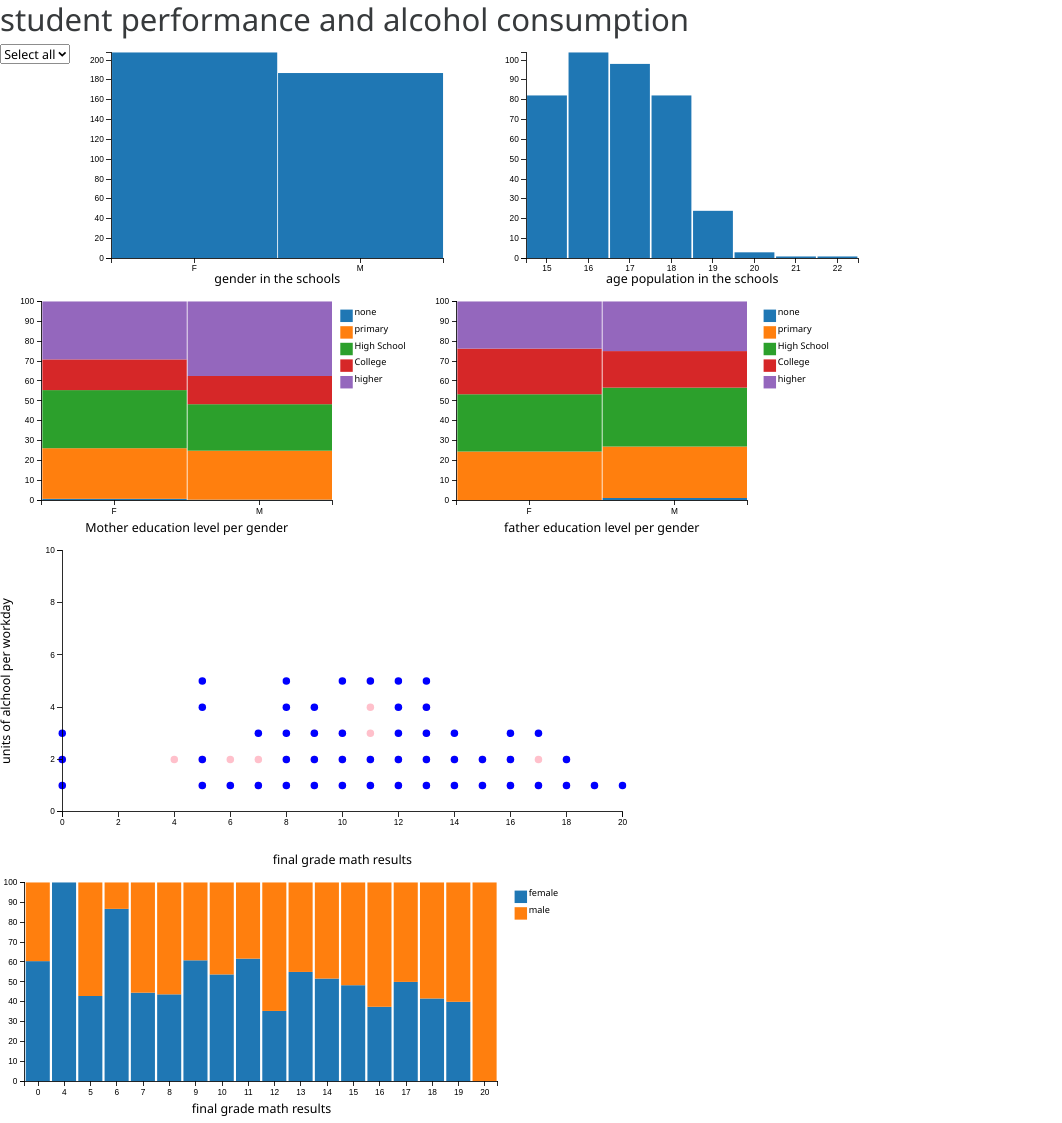
Repository: Baal89/second-milestone-project
Page: index.html
The author's editor kept a record of every edit. The page is drawn from the files as they stood at one moment, then again after the next edit.
The browser window is 1280 px wide. The pictures show the whole page, at 83% of full size.

Above is the page before.

After the next edit:
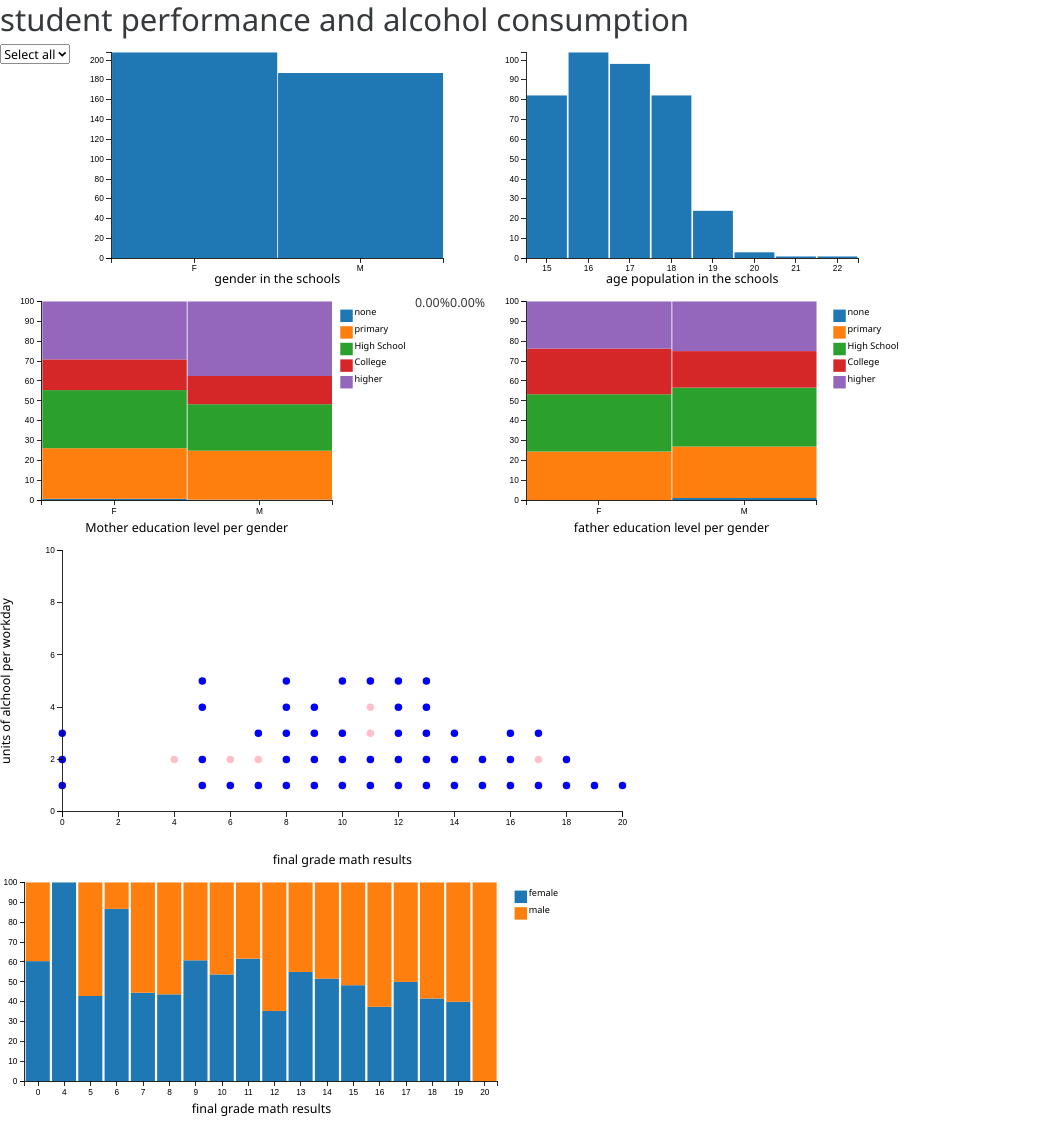
The edit:
--- a/static/js/graph.js
+++ b/static/js/graph.js
@@ -16,8 +16,8 @@
     show_mother_education(ndx);
     show_father_education(ndx);
 
-    show_percent_higher_education(ndx, "F", "percentage-of-female-mother-higher-education");
-    show_percent_higher_education(ndx, "M", "percentage-of-male-mother-higher-education");
+    show_percent_higher_education(ndx, "F", "#percentage-of-female-mother-higher-education");
+    show_percent_higher_education(ndx, "M", "#percentage-of-male-mother-higher-education");
     //show_percent_father_higher_education(ndx);
 
     show_performance_to_workday_alcohol_cosumption(ndx);
